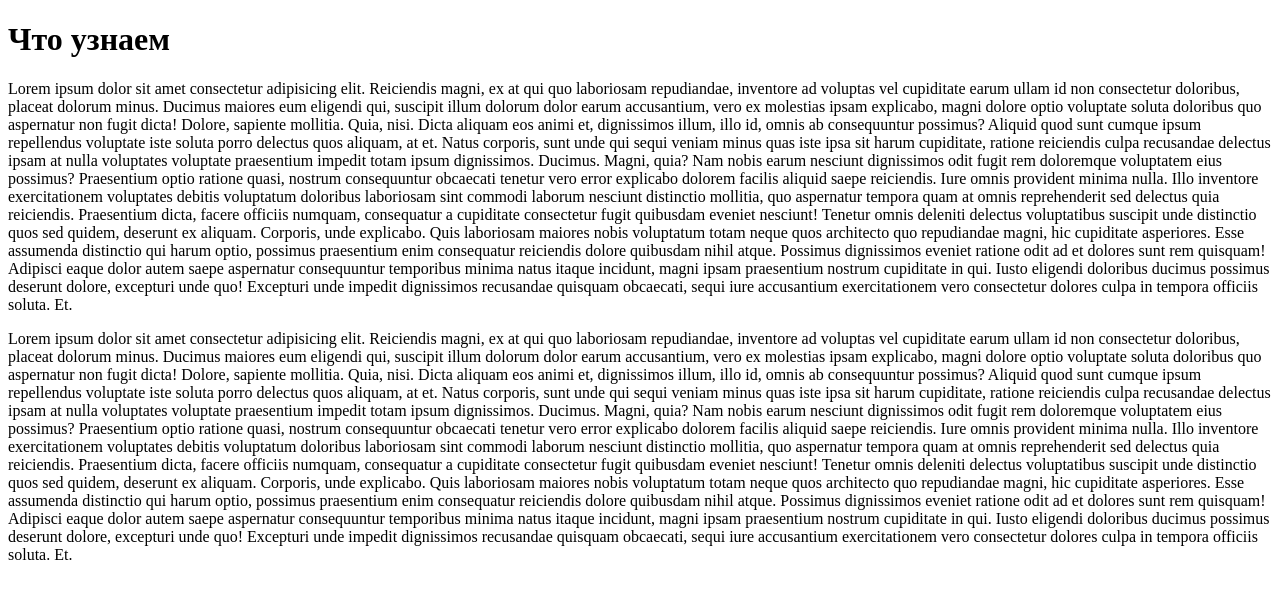
Repository: AytacSafarova/Figma--task
Page: index.html
These files come from the project's save history. The page is drawn as it stood at one moment and after a run of saves; the edit follows.
The browser window is 1280 px wide. The pictures show the whole page.

Above is the page before, as saved 2023-08-02 13:36:14.
Console error: ReferenceError: camelcase is not defined

### index.html
<!DOCTYPE html>
<html lang="en">

<head>
    <meta charset="UTF-8">
    <meta name="viewport" content="width=device-width, initial-scale=1.0">
    <title>Document</title>
    <link rel="stylesheet" href="./index.css">
</head>
<body>
<div class="container">
<h1>Что узнаем</h1>
<p>Lorem ipsum dolor sit amet consectetur adipisicing elit. Reiciendis magni, ex at qui quo laboriosam repudiandae, inventore ad voluptas vel cupiditate earum ullam id non consectetur doloribus, placeat dolorum minus.
Ducimus maiores eum eligendi qui, suscipit illum dolorum dolor earum accusantium, vero ex molestias ipsam explicabo, magni dolore optio voluptate soluta doloribus quo aspernatur non fugit dicta! Dolore, sapiente mollitia.
Quia, nisi. Dicta aliquam eos animi et, dignissimos illum, illo id, omnis ab consequuntur possimus? Aliquid quod sunt cumque ipsum repellendus voluptate iste soluta porro delectus quos aliquam, at et.
Natus corporis, sunt unde qui sequi veniam minus quas iste ipsa sit harum cupiditate, ratione reiciendis culpa recusandae delectus ipsam at nulla voluptates voluptate praesentium impedit totam ipsum dignissimos. Ducimus.
Magni, quia? Nam nobis earum nesciunt dignissimos odit fugit rem doloremque voluptatem eius possimus? Praesentium optio ratione quasi, nostrum consequuntur obcaecati tenetur vero error explicabo dolorem facilis aliquid saepe reiciendis.
Iure omnis provident minima nulla. Illo inventore exercitationem voluptates debitis voluptatum doloribus laboriosam sint commodi laborum nesciunt distinctio mollitia, quo aspernatur tempora quam at omnis reprehenderit sed delectus quia reiciendis.
Praesentium dicta, facere officiis numquam, consequatur a cupiditate consectetur fugit quibusdam eveniet nesciunt! Tenetur omnis deleniti delectus voluptatibus suscipit unde distinctio quos sed quidem, deserunt ex aliquam. Corporis, unde explicabo.
Quis laboriosam maiores nobis voluptatum totam neque quos architecto quo repudiandae magni, hic cupiditate asperiores. Esse assumenda distinctio qui harum optio, possimus praesentium enim consequatur reiciendis dolore quibusdam nihil atque.
Possimus dignissimos eveniet ratione odit ad et dolores sunt rem quisquam! Adipisci eaque dolor autem saepe aspernatur consequuntur temporibus minima natus itaque incidunt, magni ipsam praesentium nostrum cupiditate in qui.
Iusto eligendi doloribus ducimus possimus deserunt dolore, excepturi unde quo! Excepturi unde impedit dignissimos recusandae quisquam obcaecati, sequi iure accusantium exercitationem vero consectetur dolores culpa in tempora officiis soluta. Et.</p>
<p>Lorem ipsum dolor sit amet consectetur adipisicing elit. Reiciendis magni, ex at qui quo laboriosam repudiandae, inventore ad voluptas vel cupiditate earum ullam id non consectetur doloribus, placeat dolorum minus.
    Ducimus maiores eum eligendi qui, suscipit illum dolorum dolor earum accusantium, vero ex molestias ipsam explicabo, magni dolore optio voluptate soluta doloribus quo aspernatur non fugit dicta! Dolore, sapiente mollitia.
    Quia, nisi. Dicta aliquam eos animi et, dignissimos illum, illo id, omnis ab consequuntur possimus? Aliquid quod sunt cumque ipsum repellendus voluptate iste soluta porro delectus quos aliquam, at et.
    Natus corporis, sunt unde qui sequi veniam minus quas iste ipsa sit harum cupiditate, ratione reiciendis culpa recusandae delectus ipsam at nulla voluptates voluptate praesentium impedit totam ipsum dignissimos. Ducimus.
    Magni, quia? Nam nobis earum nesciunt dignissimos odit fugit rem doloremque voluptatem eius possimus? Praesentium optio ratione quasi, nostrum consequuntur obcaecati tenetur vero error explicabo dolorem facilis aliquid saepe reiciendis.
    Iure omnis provident minima nulla. Illo inventore exercitationem voluptates debitis voluptatum doloribus laboriosam sint commodi laborum nesciunt distinctio mollitia, quo aspernatur tempora quam at omnis reprehenderit sed delectus quia reiciendis.
    Praesentium dicta, facere officiis numquam, consequatur a cupiditate consectetur fugit quibusdam eveniet nesciunt! Tenetur omnis deleniti delectus voluptatibus suscipit unde distinctio quos sed quidem, deserunt ex aliquam. Corporis, unde explicabo.
    Quis laboriosam maiores nobis voluptatum totam neque quos architecto quo repudiandae magni, hic cupiditate asperiores. Esse assumenda distinctio qui harum optio, possimus praesentium enim consequatur reiciendis dolore quibusdam nihil atque.
    Possimus dignissimos eveniet ratione odit ad et dolores sunt rem quisquam! Adipisci eaque dolor autem saepe aspernatur consequuntur temporibus minima natus itaque incidunt, magni ipsam praesentium nostrum cupiditate in qui.
    Iusto eligendi doloribus ducimus possimus deserunt dolore, excepturi unde quo! Excepturi unde impedit dignissimos recusandae quisquam obcaecati, sequi iure accusantium exercitationem vero consectetur dolores culpa in tempora officiis soluta. Et.</p>
</div>
</body>
<script src="index.js"></script>
</html>

### index.css
/* *{
    margin: 0;
    padding: 0;
    box-sizing: border-box;
} */

### index.js
let a=4
a=a+2
a+=2
let userName
camelcase
// kebab case

After the next 3 saves:
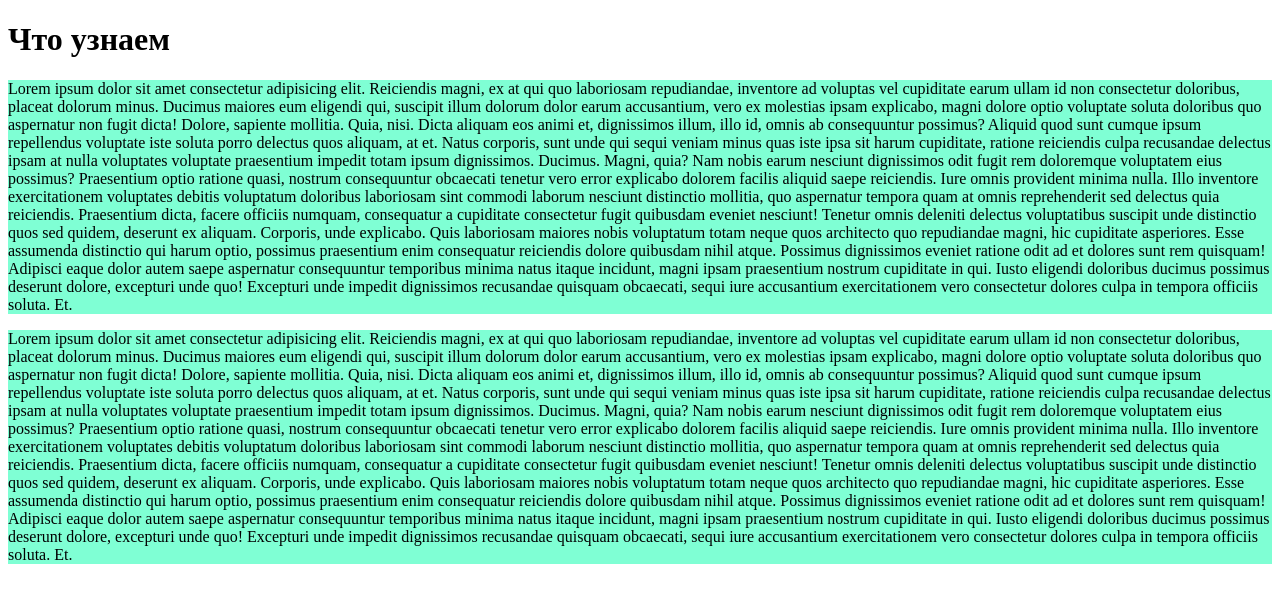
The 3 saves are shown as one change because they came seconds apart.
The last was saved 11 s later.
--- a/index.css
+++ b/index.css
@@ -3,3 +3,6 @@
     padding: 0;
     box-sizing: border-box;
 } */
+p{
+    background-color: aquamarine;
+}
